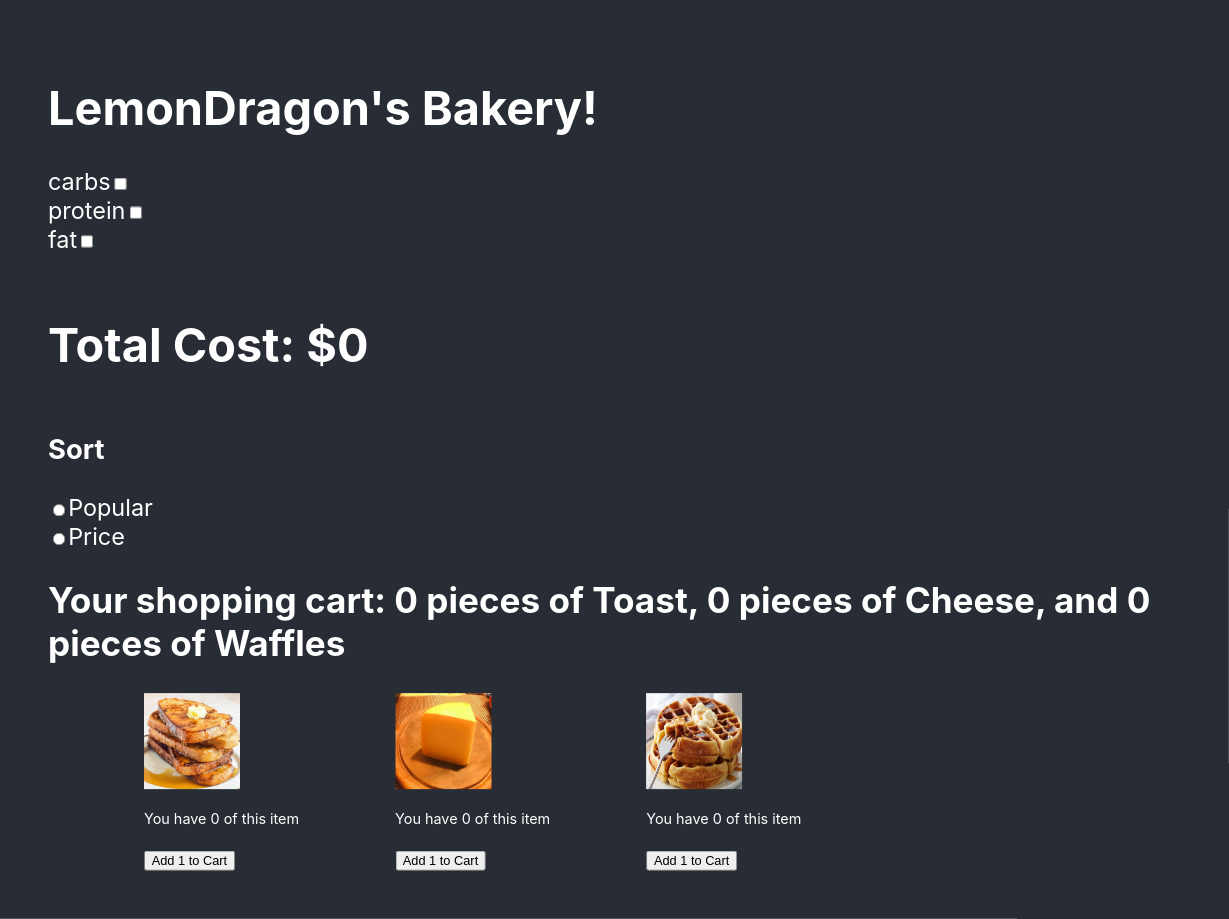
Repository: happydragon200/development
Page: /
An editor plug-in stored every save of this project. The page is shown before and after the next save, followed by the edit.
The browser window is 1280 px wide. The pictures show the whole page, at 96% of full size.
The project was rebuilt for these pictures with package versions that can differ from the ones it lists, and the page was loaded fresh each time.

Above is the page before, as saved 2022-12-02 05:30:27.

After the next save:
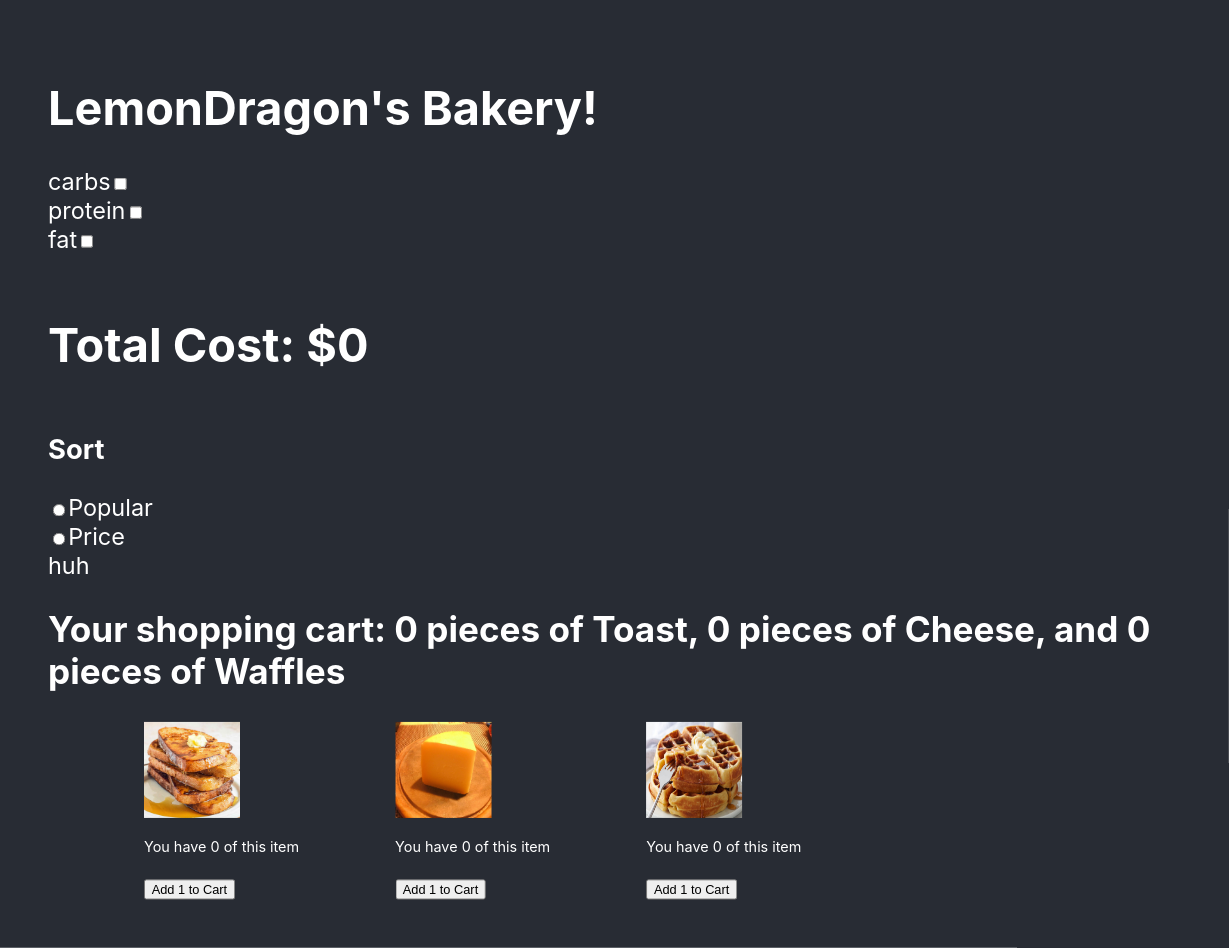
Saved 8 min 39 s later.
--- a/src/App.js
+++ b/src/App.js
@@ -146,6 +146,7 @@ function Menu() {
           waffle_count * waffle_price}
       </h1>
       <SortPriceButton chosen={chosen} changeChosen={changeChosen} />
+      {chosen}
       <h2>
         Your shopping cart: {toast_count} pieces of Toast, {cheese_count} pieces
         of Cheese, and {waffle_count} pieces of Waffles
